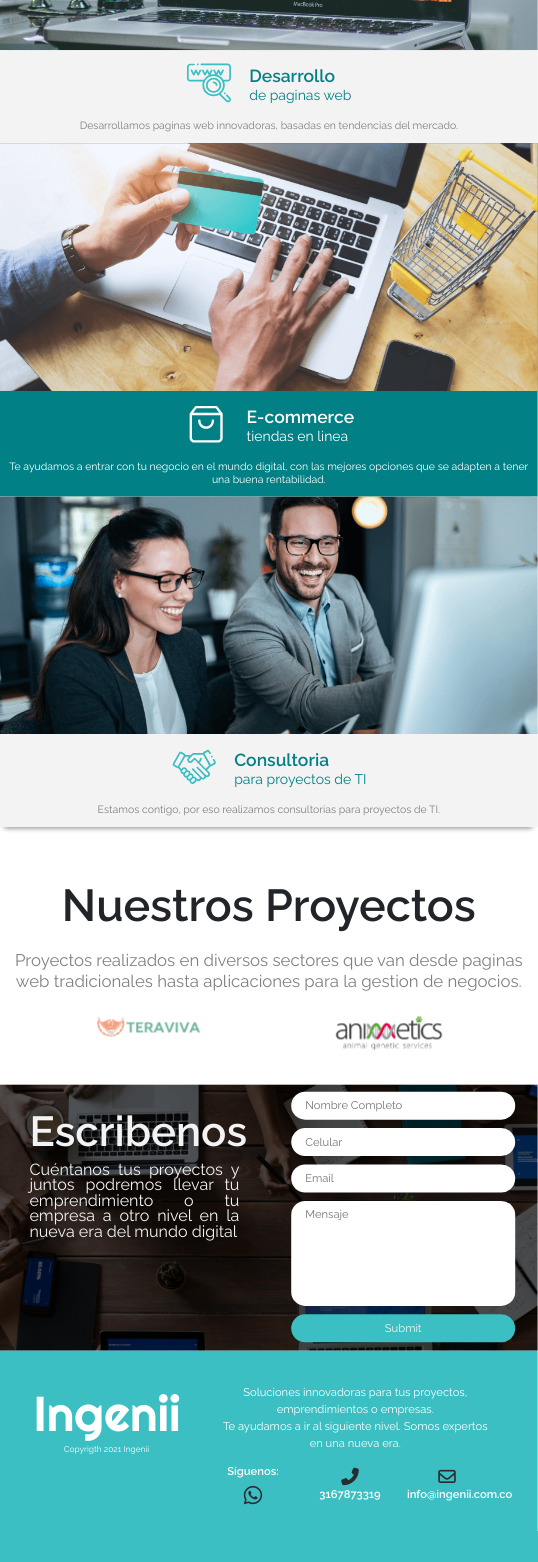
Repository: mariomr87/testwebpage
Page: index.html
The author's editor kept a copy of each file at every save. The page is drawn from the files as they stood at one save, then again after the next save.
The browser window is 768 px wide. The pictures show the part of the page from y = 2531 to 4771 px (the page is 4763 px tall before and 4771 px after), at 70% of full size.
Some web libraries are served in a nearby version.

Above is the page before, as saved 2021-10-20 21:16:12.

### index.html
<!DOCTYPE html>
<html>
<head>
	<meta charset="utf-8">
	<title>Ingenii - Nueva era</title>
	<link href="style.css" rel="stylesheet">
	<!-- CSS only -->
	<link href="https://cdn.jsdelivr.net/npm/bootstrap@5.0.2/dist/css/bootstrap.min.css" rel="stylesheet" integrity="sha384-EVSTQN3/azprG1Anm3QDgpJLIm9Nao0Yz1ztcQTwFspd3yD65VohhpuuCOmLASjC" crossorigin="anonymous">
	<link rel="preconnect" href="https://fonts.googleapis.com">
	<link rel="preconnect" href="https://fonts.gstatic.com" crossorigin>
	<link href="https://fonts.googleapis.com/css2?family=Raleway:ital,wght@0,200;0,400;0,600;1,900&display=swap" rel="stylesheet">
	<script src="https://kit.fontawesome.com/ffd6f804ac.js" crossorigin="anonymous"></script>

	<!--MENU BOOSTRAP JavaScript Bundle with Popper -->
	<script src="https://cdn.jsdelivr.net/npm/bootstrap@5.1.1/dist/js/bootstrap.bundle.min.js" integrity="sha384-/bQdsTh/da6pkI1MST/rWKFNjaCP5gBSY4sEBT38Q/9RBh9AH40zEOg7Hlq2THRZ" crossorigin="anonymous"></script>

	<!--Carrusel-->
	<link href="https://cdn.jsdelivr.net/npm/bootstrap@5.0.2/dist/css/bootstrap.min.css" rel="stylesheet" integrity="sha384-EVSTQN3/azprG1Anm3QDgpJLIm9Nao0Yz1ztcQTwFspd3yD65VohhpuuCOmLASjC" crossorigin="anonymous">
	<link rel="stylesheet" type="text/css" href="carousel.css">
	<script src="https://ajax.googleapis.com/ajax/libs/jquery/1.12.4/jquery.min.js" type="text/javascript" ></script>
	<script src="slick.js" type="text/javascript" charset="utf-8"></script>

	<!-- viewport mobile -->
	<meta name="viewport" content="width=device-width, initial-scale=1.0">


</head>
	<body>

		<!-- Menu -->
		<nav class="navbar navbar-expand-lg  sticky-top navbar-dark lineamenu ">
			<div class="container-fluid">
			  <a class="navbar-brand col-md-2 text-center navbar-expand-lg" href="#"><span class="menuimg-texto">Ingenii</span></a>
			  <button class="navbar-toggler" type="button" data-bs-toggle="collapse" data-bs-target="#navbarSupportedContent" aria-controls="navbarSupportedContent" aria-expanded="false" aria-label="Toggle navigation">
				<span class="navbar-toggler-icon "></span>
			  </button>
			  <div class="collapse navbar-collapse " id="navbarSupportedContent">
				<ul class="navbar-nav col-md-10">
				  <li class="nav-item">
					<a class="nav-link" aria-current="page" href="#">
						<span class="separar"><img src="./imagenes/menu/Icon-inicio.svg" class="d-inline-block align-text-top menuing-redes-logos"></span>
						<span class="menu-texto-opc">Inicio</span>
					</a>
				  </li>
				  <li class="nav-item">
					<a class="nav-link" href="#servicios4">
						<span class="separar"><img src="./imagenes/menu/Icon-Servicios.svg" class="d-inline-block align-text-top menuing-redes-logos"></span>
						<span class="menu-texto-opc">Servicios</span>
					</a>
				  </li>
				  <li class="nav-item">
					<a class="nav-link " href="#quienessomos" tabindex="-1" aria-disabled="true">
						<span class="separar"><img src="./imagenes/menu/Icon-Quienes somos.svg" class="d-inline-block align-text-top menuing-redes-logos"></span>
						<span class="menu-texto-opc">¿Quiénes somos?</span>
					</a>
				  </li>
				  <li class="nav-item">
					<a class="nav-link " href="#link-ntrabajo" tabindex="-1" aria-disabled="true">
						<span class="separar"><img src="./imagenes/menu/Icon- nuestro-trabajo.svg" class="d-inline-block align-text-top menuing-redes-logos"></span>
						<span class="menu-texto-opc">Nuestro Trabajo</span>
					</a>
				  </li>
				  <li class="nav-item">
					<a class="nav-link " href="#link-escribenos" tabindex="-1" aria-disabled="true">
						<span class="separar"><img src="./imagenes/menu/Icon - escribenos.svg" class="d-inline-block align-text-top menuing-redes-logos"></span>
						<span class="menu-texto-opc">Escribenos</span>
					</a>
				  </li>
				</ul>
				<div class="col-md-1 text-center">
					<!-- <span class="separar"><img class="menuing-redes-logos" src="./imagenes/menu/Facebook.svg" alt=""></span> -->
					<img class="menuing-redes-logos" src="./imagenes/menu/WhatsApp.svg" alt="">
				</div>
			  </div>
			</div>
		  </nav>

		<!-- Slider -->
		<div class="container-fluid slider text-centro text-center">
			<div class="row" id="servicios4">
				<div>
					<h3 class="logo title-slider">Ingenii</h3>
					<h3 class="blanco slider-text">Expertos en la nueva era</h3>
					<h3 id="app-web">Aplicaciones web_</h3><br>
					<img id="flecha-down" src="./imagenes/principal/flecha.svg">
				</div>
			</div>
		</div>
		<!-- Quienes somos y servicios -->
		<div class="container-fluid " >
			<!-- Iconos de servicios -->
			<div class="cuadros-servi row ">
				<div class="azul-claro-bg cuadro col ">
					<img src="./imagenes/principal/app.svg" class="icon-serv">
					<h5><span class="negrilla "><strong>Aplicaciones</strong> </span><br>web a la medida</h5>
				</div>
				<div class="azul-claro-bg cuadro col">
					<img src="./imagenes/principal/desarrollo.svg" class="icon-serv"><h5><span class="negrilla ">Desarrollo</span><br>de Páginas web</h5>
				</div>
				<div class="azul-claro-bg cuadro col">
					<img src="./imagenes/principal/tienda.svg" class="icon-serv">
					<h5><span class="negrilla ">E-commerce</span><br> tiendas en linea</h5>
				</div>
				<div class="azul-claro-bg cuadro col">
					<img src="./imagenes/principal/consultoria.svg" class="icon-serv"><h5><span class="negrilla ">Consultoría</span><br>para proyectos TI</h5>
				</div>
			</div>

			<!-- Texto quienes somos -->
			<div class="row just-somos" id="quienessomos">
				<div class="col-md-6 centrar-somos">
					<p class="line-blue"> </p>
					<h1 class="text-quienes" >Quiénes</h1><h2 class="text-somos">Somos</h2>
				</div>
				<div class="col-md-6">
					<p class="texto-qs"><span class="negrilla">Ingenii</span> es un emprendimiento que nace para ayudar a miles emprendedores a <span class="negrilla">migrar al mundo digital,</span> en un momento en el cual el
					comercio electrónico ha tomado una importancia estratégica para que muchas ideas de negocios tengan éxito, además de asesorar a
					nuestros clientes para que lleven su emprendimiento o empresa al siguiente nivel.
					<br><br>Hacemos nuestro trabajo con seriedad, honestidad y profesionalismo, estamos 100% comprometidos con nuestros clientes.</p>
				</div>
			</div>
		</div>
		<!-- Servicios -->
		<div class="container-fluid">
			<div class="row row-cols-2 servi-col">
				<!--Aplicaciones -->
				<div class="col azul-claro-bg sombra one">
					<img class="servicios-img" src="imagenes/servicios/Aplicaciones.png">
				</div>
				<div class="col azul-claro-bg text-app sombra two">
						<div class="centra-app">
							<div class="interlineas">
								<img src="./imagenes/servicios/web-a-medida.svg" class="icon-serv">
								<span class="text-app-p"><span class="text-app-icon">Aplicaciones</span><p class="text-app-icon2">Web a la medida</p></span>
							</div>
							<div class="interlineas">
								<p class="text-app-des">Desarrollamos aplicaciones web que se ajusten a las necesidades de tu emprendimiento, empresa o proyecto.</p>
							</div>
						</div>
				</div>
				<!--Desarrollo -->
				<div class="col blanco-bg sombra three">
					<div class="text-app ">
						<div class="centra-app">
							<div class="interlineas">
								<img src="./imagenes/servicios/desarrollo-web.svg" class="icon-serv">
								<span class="azul text-app-p"><span class="text-app-icon">Desarrollo</span><p class="text-app-icon2">de paginas web</p></span>
							</div>
							<div class="interlineas" >
								<p class="gris2 text-app-des">Desarrollamos paginas web innovadoras, basadas en tendencias del mercado.</p>
							</div>
						</div>
					</div>
				</div>
				<div class="col blanco-bg sombra four">
					<img class="servicios-img" src="imagenes/servicios/desarrolloweb.png">
				</div>
				<!--E-commerce-->
				<div class="col azul-bg sombra five">
					<img class="servicios-img" src="imagenes/servicios/ecommerce.png">
				</div>
				<div class="col azul-bg sombra six">
					<div class="text-app">
						<div class="centra-app">
							<div class="interlineas">
								<img src="./imagenes/servicios/ecommerce.svg" class="icon-serv">
								<span class="text-app-p"><span class="text-app-icon">E-commerce</span><p class="text-app-icon2">tiendas en linea</p> </span>
							</div>
							<div class="interlineas">
								<p class="text-app-des">Te ayudamos a entrar con tu negocio en el mundo digital, con las mejores opciones que se adapten a tener una buena rentabilidad.</p>
							</div>
						</div>
					</div>
				</div>
				<!--Consultoria -->
				<div class="col blanco-bg sombra seven">
					<div class="azul text-app">
					<div class="centra-app">
							<div class="interlineas">
								<img src="./imagenes/servicios/consultoria-TI.svg" class="icon-serv">
								<span class="text-app-p"><span class="text-app-icon">Consultoria</span> <p class="text-app-icon2"> para proyectos de TI</p></span>
							</div>
							<div class="interlineas">
								<p class="gris2 text-app-des">Estamos contigo, por eso realizamos consultorias para proyectos de TI.</p>
							</div>
					</div>
					</div>
				</div>
    			<div class="col blanco-bg sombra eight">
					<img class="servicios-img" src="imagenes/servicios/consultoria.png">
				</div>
			</div>
		</div>


		<!-- Nuestros Proyectos -->
		<div class="container-fluid" id="link-ntrabajo">
			<div class="row">
				<div class="col-md-12 text-center">
					<p class="proyectos">Nuestros Proyectos</p>
					<p class="proyectos-txt">Proyectos realizados en diversos sectores que van desde paginas web tradicionales hasta aplicaciones para la gestion de negocios.</p>
				</div>
				<div class="col-md-12 container">
					<section class="customer-logos slider2">
						<div class="slide"><img src="images/image3.png"></div>
						<div class="slide"><img src="images/image4.png"></div>
						<div class="slide"><img src="images/image3.png"></div>
						<div class="slide"><img src="images/image4.png"></div>
					</section>
				</div>
			</div>
		</div>

		<!-- Contacto -->
		<div class="container-fluid contacto-container" id="link-escribenos">
			<div class="row">
				<div class="col-md-6">
					<div class="contacto-column-1">
						<p class="line-blue"> </p>
						<h2 class="contacto-title blanco">Escribenos</h2>
						<p class="contacto-desc blanco">Cuéntanos tus proyectos y juntos podremos llevar tu emprendimiento o tu empresa a otro nivel en la nueva era del mundo digital</p>
					</div>
				</div>
				<div class="col-md-6">
					<form class="contacto-form">
						<input type="text" class="contacto-input" placeholder="Nombre Completo" name="nombre">
						<input type="text" class="contacto-input" placeholder="Celular" name="celular">
						<input type="email" class="contacto-input" placeholder="Email" name="email">
						<textarea name="mensaje" class="contacto-textarea" placeholder="Mensaje"></textarea>
						<input type="submit" class="contacto-input azul-claro-bg" name="Enviar">
					</form>
				</div>
			</div>
		</div>
		<!-- Footer -->
		<div class="container-fluid azul-claro-bg p-5 footer-ingenii">
			<div class="row pb-4">
				<div class="col-md-4">
					<div class="footer-container">
						<h2 class="logo title-footer">Ingenii</h2>
						<p class="subtitle-footer">Copyrigth 2021 Ingenii</p>
					</div>
				</div>
				<div class="col-md-8">
					<div class="social-container">
						<p class="texto-footer">Soluciones innovadoras para tus proyectos, emprendimientos o empresas.<br>Te ayudamos a ir al siguiente nivel. Somos expertos en una nueva era.</p>
						<div class="container">
							<div class="row">
								<div class="col-md-4">
									<span class="social-icon-text" style="vertical-align: middle;">Síguenos:
									</span>
									<!-- <a href="www.facebook.com" class="link-icon-footer gris">
										<i class="fab fa-facebook"></i>
									</a> -->
									<a href="https://api.whatsapp.com/send?phone=573167873319&text=Bienvenidos%20a%20Ingenii%20una%20Nueva%20Era.%20En%20que%20podemos%20ayudar?" class="link-icon-footer gris">
										<i class="fab fa-whatsapp"></i>
									</a>
								</div>
								<div class="col-md-4 mt-2">
									<i style="vertical-align: middle;" class="fas fa-phone-alt gris icon-footer"></i><span class="social-icon-text"> 3167873319</span>
								</div>
								<div class="col-md-4 mt-2">
									<i style="vertical-align: middle;" class="far fa-envelope gris icon-footer"></i><span class="social-icon-text"> info@ingenii.com.co</span>
								</div>
							</div>
						</div>
					</div>
				</div>
			</div>
		</div>

		<script type="text/javascript">
			$(document).ready(function(){
				$('.customer-logos').slick({
					slidesToShow: 2,
					slidesToScroll: 1,
					autoplay: true,
					autoplaySpeed: 500,
					arrows: false,
					dots: false,
						pauseOnHover: false,
						responsive: [{
						breakpoint: 500,
						settings: {
							slidesToShow: 4
						}
					}, {
						breakpoint: 520,
						settings: {
							slidesToShow: 3
						}
					}]
				});
			});
		</script>

	</body>
</html>

### style.css
/*
autor: Estiven Oviedo Gonzalez;
fecha: 2021-07-18;
*/

@font-face {
    font-family: 'Righteous';
    src: url('font/Righteous-Regular.ttf');
}


body{
	font-family: 'Raleway', sans-serif !important;
}

.lineamenu{
	border-bottom-width: 1px;
	border-bottom-style: solid;
	/* border-bottom-color: #c5c3c3 ; */
	background-color: #292b2f;
}

.menuimg-texto{
	font-weight: 900;
	font-size: 3em;
	font-family: 'Righteous', cursive;
	color: #fff;
}

.separar{
	padding-right: 10px;
}

.menu-texto-opc{
	font-size: 1.2em;
	color: white;

}
.menuing-redes-logos{
	width: 1.5em;
}

.navbar-nav{
	justify-content: center;

}

.nav-item{
	padding: 24px 10px;
}

.nav-item:hover{
	box-shadow: inset 0px -7px #3bbfc3;
}

.logo{
	font-family: 'Righteous', cursive;
	color: #fff;
}

.azul{
	color: #018185;
}

.gris{
	color: #292b2f;
}

.verde{
	color: #40af93;
}

.azul-claro{
	color: #3bbfc3;
}

.blanco{
	color: #f3f3f3;
}

.azul-bg{
	background-color: #018185;
	color: #fff;
}

.gris-bg{
	background-color: #292b2f;
}

.verde-bg{
	background-color: #40af93;
}

.azul-claro-bg{
	background-color: #3bbfc3;
	color: #f3f3f3;
}

.blanco-bg{
	background-color: #f3f3f3;
}


.sombra{
	box-shadow: 0px 7px 7px -6px gray;
}

/* servicios */
.servicios-img{
	width: 100%;
}

.title-footer{
	font-size: 70px;
	margin: 0;
}

.subtitle-footer{
	color: #fff;
	font-size: 12px;
}

.footer-container{
	margin-left: 35%;
	border-right: 1px solid #fff;
}

.social-container{
	color: #fff;
}

.link-icon-footer{
	font-size: 30px;
	padding: 0px 10px;
	vertical-align: middle;
}

.icon-footer{
	font-size: 25px;
}

.social-icon-text{
	font-weight: 600;
}

.contacto-container{
	background-image: url('imagenes/formulario/fondo-formulario.png');
	background-size: cover;
}

.contacto-form{
	margin: 100px 20% 100px 10%;
}

.contacto-input{
	display: block;
    padding: 8px 20px;
    border-radius: 40px;
    border: none;
    margin-bottom: 12px;
    width: 100%;
}

.contacto-textarea{
	display: block;
    padding: 8px 20px;
    border-radius: 20px;
    border: none;
    margin-bottom: 12px;
    resize: none;
    width: 100%;
    height: 150px;
}

.contacto-column-1{
	margin: 100px 10% 100px 30%;
}

.contacto-title{
	font-size: 65px;
	font-weight: 900;
}

.contacto-desc{
	text-align:left;
	font-size: 23px;
	line-height: 22px;
}

.slider{
	background-image: url('imagenes/principal/banner.png');
	background-size: cover;
}

.title-slider{
	font-size: 110px;
	margin: 0;
}

.slider-text{
	font-size: 40px ;
	font-weight: bold;
}

#app-web{
	display: inline;
	background-color: #f6f6f6;
	color: #018185;
	padding: 0px 20px;
}

.text-quienes{
	font-weight:bold;
	font-size:100px;
}

.text-somos{
	font-size:80px;
	line-height: 10px;
}

.line-blue{
	background-color: #018185;
	height: 8px;
	width: 80px;
}

.texto-qs{
	text-align: justify;
	font-size: 18px;
	color: gray;

}

.negrilla{
	font-weight: bold;
}

.cuadro span {
	font-size: 1.5em;
}

.just-somos{
	padding-left: 100px;
	padding-right: 100px;
	padding-top: 0;
	padding-bottom: 50px;
	line-height: initial;
}

.centrar-somos{
	align-content: center;
	justify-content: center;
	display: grid;
}


.text-app{
	position: relative;
	padding-top: 2%;

}

.centra-app{
	margin: 5% 20% 0 15%;
	text-align: justify;
}

.text-app-p{
	padding-left: 25px;

}

.text-app-icon{
	font-size: 35px;
	font-weight: 900;

}

.text-app-icon2{
	font-size: 27px;
}

.text-app-des{
	font-size: 20px;
	color: white;
}

.gris2{
	color: gray ;
}

.cuadro{
	margin: auto 1%;
	padding: 33px;
	box-shadow: -1px 5px 6px #889788;
}

.cuadros-servi{
	text-align: center;
	padding: 0% 8%;
	position: relative;
    bottom: 60px;

}
.interlineas{
	line-height:normal;
	display: flex;
	justify-content: flex-start;
    align-items: center;
	letter-spacing: normal;
}

.icon-serv{
	width: 86px;
	margin-bottom: 20px;
}

.cuadro img{
	padding-bottom: 15px;
}

.text-centro{
	padding: 8% 0%;

}

#flecha-down{
	padding-top: 2%;
	width: 3%;
}

.flotante{
	position: relative;
}

.servi-col div{
	padding-left: 0;
	padding-right: 0;
}

.proyectos{
	font-weight: 900;
	font-size: 4em;
	padding-top: 1em;
}

.proyectos-txt{
	color: gray;
	font-size: 1.5em;
	padding: 0 290px;
	line-height: normal;
}

.texto-footer{
	padding: 0px 22px;
}

@media screen and (max-width:1050px) {
	.texto-footer{
		padding: 0px 20px 0px 35px;
	}
}

@media screen and (max-width:1100px) {
	.cuadros-servi h5{
		font-size: 1rem;
	}

	.text-quienes{
		font-size: 80px;
	}

	.text-app-des{
		font-size: 15px;
	}

	.text-app-icon2 {
		font-size: 20px;
	}

	.text-app-icon {
		font-size: 25px;
	}

	.icon-serv {
		width: 65px;

	}

	.centra-app {
		margin: 5% 9% 0 15%;
	}

	.contacto-title{
		font-size: 60px;
	}

	.proyectos-txt{
		padding: 0 12px;
	}

	.footer-container{
		border: none;
	}
}

@media screen and (max-width:840px) {
	.cuadros-servi{
		position: initial;
		padding-top: 10px;
		flex-direction: column;
	}

	.cuadro{
		margin-bottom: 15px;
	}

	.just-somos{
		flex-direction:column;
		padding: 0;
	}

	.just-somos .col-md-6{
		width: 100%;
	}

	.line-blue{
		display: none;
	}

	.centrar-somos{
		padding-bottom: 35px;
	}

	.servi-col{
		flex-direction: column;
	}

	.proyectos-txt{
		padding: 0;
	}

	.servi-col div{
		width: 100%;
	}

	.centra-app{
		margin: 0;
	}

	.interlineas{
		justify-content: center;
	}

	.text-app-des{
		text-align: center;
	}

	.one{
		order: 0;
	}

	.two{
		order: 1;
	}


	.three{
		order: 3;
	}

	.four{
		order: 2;
	}

	.five{
		order: 4;
	}

	.six{
		order: 5;
	}

	.seven{
		order:7;
	}

	.eight{
		order: 6;
	}

	.footer-container{
		margin-left: auto;
	}

	.footer-ingenii{
		text-align: center;
	}

	.contacto-column-1 {
		margin: 30px;
	}

	.contacto-form {
		margin: 10px 20% 50px 10%;
	}

	.contacto-title{
		text-align: center;
	}

	.contacto-desc {
		text-align: justify;
	}

	.contacto-form {
		margin: 10px 20px;
	}

}

@media screen and (max-width:450px) {
	.just-somos{
		padding: 0;
	}

	.proyectos-txt{
		padding: 0;
	}

	.servi-col div{
		width: 100%;
	}

	.centra-app{
		margin: 0;
	}

	.one{
		order: 0;
	}

	.two{
		order: 1;
	}

	.three{
		order: 3;
	}

	.four{
		order: 2;
	}

	.five{
		order: 4;
	}

	.six{
		order: 5;
	}

	.seven{
		order:7;
	}

	.eight{
		order: 6;
	}

}

### carousel.css
/* Slider */
.slick-slide {
    margin: 0px 20px;
}

.slick-slide img {
    width: 100%;
}

.slick-slider
{
    position: relative;
    display: block;
    box-sizing: border-box;
    -webkit-user-select: none;
    -moz-user-select: none;
    -ms-user-select: none;
            user-select: none;
    -webkit-touch-callout: none;
    -khtml-user-select: none;
    -ms-touch-action: pan-y;
        touch-action: pan-y;
    -webkit-tap-highlight-color: transparent;
}

.slick-list
{
    position: relative;
    display: block;
    overflow: hidden;
    margin: 0;
    padding: 0;
}
.slick-list:focus
{
    outline: none;
}
.slick-list.dragging
{
    cursor: pointer;
    cursor: hand;
}

.slick-slider .slick-track,
.slick-slider .slick-list
{
    -webkit-transform: translate3d(0, 0, 0);
       -moz-transform: translate3d(0, 0, 0);
        -ms-transform: translate3d(0, 0, 0);
         -o-transform: translate3d(0, 0, 0);
            transform: translate3d(0, 0, 0);
}

.slick-track
{
    position: relative;
    top: 0;
    left: 0;
    display: block;
}
.slick-track:before,
.slick-track:after
{
    display: table;
    content: '';
}
.slick-track:after
{
    clear: both;
}
.slick-loading .slick-track
{
    visibility: hidden;
}

.slick-slide
{
    display: none;
    float: left;
    height: 100%;
    min-height: 1px;
}
[dir='rtl'] .slick-slide
{
    float: right;
}
.slick-slide img
{
    display: block;
}
.slick-slide.slick-loading img
{
    display: none;
}
.slick-slide.dragging img
{
    pointer-events: none;
}
.slick-initialized .slick-slide
{
    display: block;
}
.slick-loading .slick-slide
{
    visibility: hidden;
}
.slick-vertical .slick-slide
{
    display: block;
    height: auto;
    border: 1px solid transparent;
}
.slick-arrow.slick-hidden {
    display: none;
}

.slider2 {
    padding: 20px 30px 50px 30px;
}

.slider2 div img{
    width: 50%;
    /* background-color: gray; */
    border-inline: 1px;
    display: block;
    margin: auto;

}

/* .slide{
 border-style: solid;
 color: red;

} */

Loaded but not shown: slick.js (library)

After the next save:
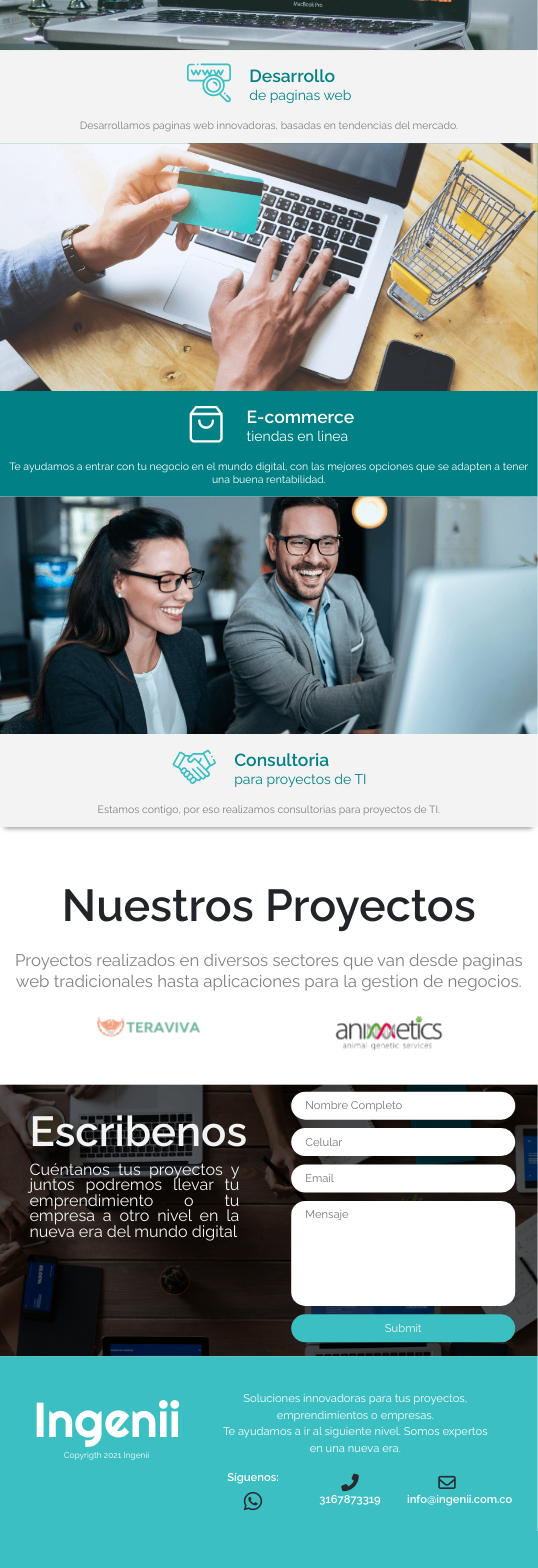
Saved 20 s later.
--- a/style.css
+++ b/style.css
@@ -515,7 +515,7 @@ body{
 	}
 
 	.contacto-form {
-		margin: 10px 20px;
+		margin: 10px 20px 20px 20px;
 	}
 
 }
